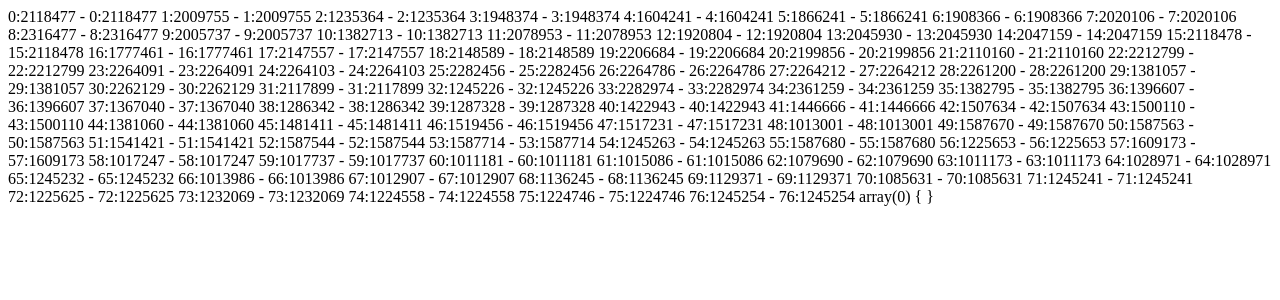
Repository: lokkie/php-simple_framework
Page: http://localhost/tests/UpdateTest.php
The author's editor kept a record of every edit. The page is drawn from the files as they stood at one moment, then again after the next edit.
The browser window is 1280 px wide. The pictures show the whole page.
The page is run by PHP 8.4 with error messages shown; the project is at /var/www/html/.

Above is the page before.

After the next edit:
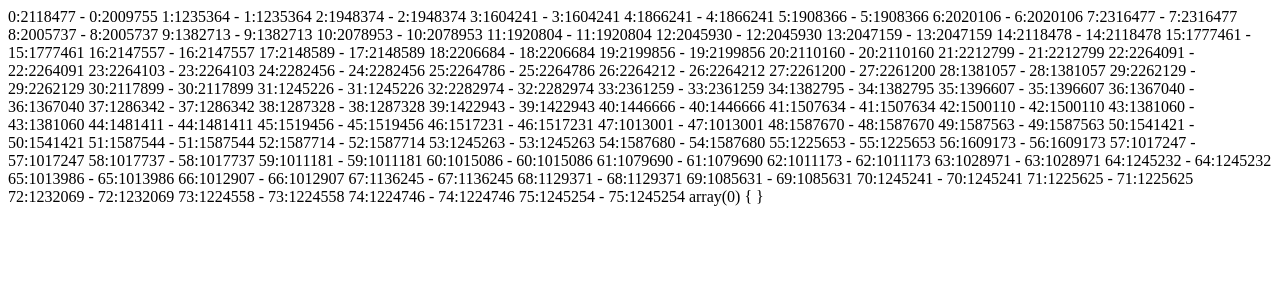
The edit:
--- a/tests/UpdateTest.php
+++ b/tests/UpdateTest.php
@@ -109,7 +109,7 @@
 }
 
 
-updateItems2([2118477, 2009755, 1235364, 1948374, 1604241, 1866241,
+updateItems2([ 2009755, 1235364, 1948374, 1604241, 1866241,
 					1908366, 2020106, 2316477, 2005737, 1382713, 2078953,
 					1920804, 2045930, 2047159, 2118478, 1777461, 2147557,
 					2148589, 2206684, 2199856, 2110160, 2212799, 2264091,
